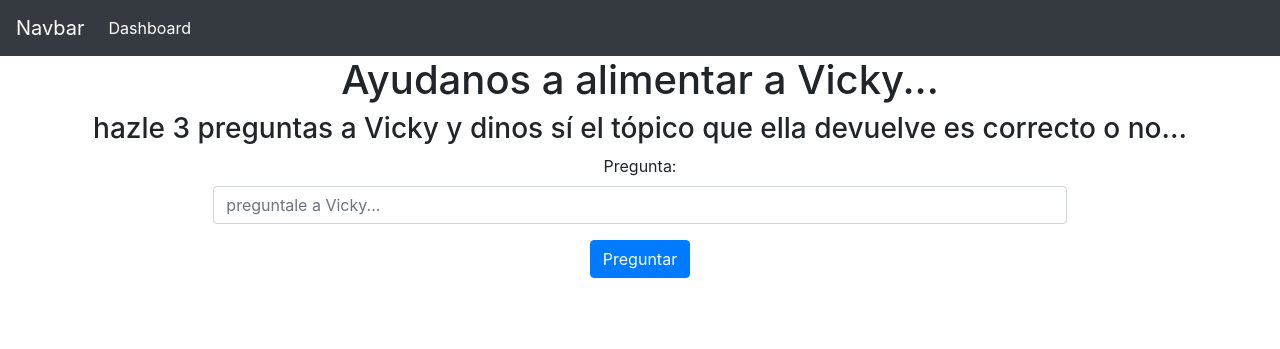
Repository: Crixtiancub/feedback_Vicky
Page: http://localhost/
An editor plug-in stored every save of this project. The page is shown before and after the next save, followed by the edit.
The browser window is 1280 px wide. The pictures show the whole page.
The page is served by the project's application, run on Django 3.2 (manage.py). Other server files are loaded and not shown.

Above is the page before, as saved 2021-04-29 11:34:31.

### vicky/templates/dashboard.html
{% extends 'main.html' %}

{% block content %}

<center>
    <h1>Ayudanos a alimentar a Vicky...</h1>

    <h3>hazle {{ visitas.num_visits }} {%if visitas.num_visits == 1%} pregunta{% else %}
        preguntas{% endif %}  a Vicky y dinos sí el tópico que ella
        devuelve es correcto o no...</h3>

    <form action="{% url 'home' %}">
        {% csrf_token%}

        <div class="form-group">
            <label for="txt_pregunta_Vicky">Pregunta:</label><br>

            <input type="text" id="txt_pregunta_Vicky"
            name="pregunta_Vicky" class="col-sm-8 form-control"
            placeholder="preguntale a Vicky...">
        </div>

        <input type="submit" class="btn btn-primary" value="Preguntar">
    </form>

    {% if not visitas.respuesta %}

        <h3>Respuesta Vicky: {{ visitas.respuesta }}</h3>

    {% endif %}

</center>

{% endblock %}

### vicky/templates/main.html
<!DOCTYPE html>
 <!-- Latest compiled and minified CSS -->
 <link rel="stylesheet" href="https://maxcdn.bootstrapcdn.com/bootstrap/4.5.2/css/bootstrap.min.css">

 <!-- jQuery library -->
 <script src="https://ajax.googleapis.com/ajax/libs/jquery/3.5.1/jquery.min.js"></script>

 <!-- Popper JS -->
 <script src="https://cdnjs.cloudflare.com/ajax/libs/popper.js/1.16.0/umd/popper.min.js"></script>

 <!-- Latest compiled JavaScript -->
 <script src="https://maxcdn.bootstrapcdn.com/bootstrap/4.5.2/js/bootstrap.min.js"></script>

<html>
    <head>
        <title>
            Prueba1
        </title>
    </head>
    <body>
        {% include 'navbar.html' %}

        {% block content %}

        {% endblock %}
    </body>
</html>

### vicky/templates/navbar.html
 <nav class="navbar navbar-expand-lg navbar-dark bg-dark">
    <a class="navbar-brand" href="#">Navbar</a>
    <button class="navbar-toggler" type="button" data-toggle="collapse" data-target="#navbarSupportedContent" aria-controls="navbarSupportedContent" aria-expanded="false" aria-label="Toggle navigation">
      <span class="navbar-toggler-icon"></span>
    </button>

    <div class="collapse navbar-collapse" id="navbarSupportedContent">
      <ul class="navbar-nav mr-auto">
        <li class="nav-item active">
          <a class="nav-link" href="{% url 'home' %}">Dashboard</a>
        </li>
        <!-- <li class="nav-item dropdown">
          <a class="nav-link dropdown-toggle" href="#" id="navbarDropdown" role="button" data-toggle="dropdown" aria-haspopup="true" aria-expanded="false">
            Dropdown
          </a>
          <div class="dropdown-menu" aria-labelledby="navbarDropdown">
            <a class="dropdown-item" href="#">Action</a>
            <a class="dropdown-item" href="#">Another action</a>
            <div class="dropdown-divider"></div>
            <a class="dropdown-item" href="#">Something else here</a>
          </div>
        </li>
        <li class="nav-item">
          <a class="nav-link disabled" href="#">Disabled</a>
        </li>
      </ul>
      <form class="form-inline my-2 my-lg-0">
        <input class="form-control mr-sm-2" type="search" placeholder="Search" aria-label="Search">
        <button class="btn btn-outline-success my-2 my-sm-0" type="submit">Search</button>
      </form> -->
    </div>
  </nav>

### vicky/views.py
from django.shortcuts import render, redirect


from vicky import templates
# Create your views here.

def home(request):

    num_visits = request.session.get('num_visits', 3)

    if num_visits == 0:
        request.session['num_visits'] = 3
        return redirect(noVisitas)
    else:
        request.session['num_visits'] = num_visits - 1


    contexto = {
        'num_visits': num_visits,
        'respuesta' : "Esta es una respuesta de Vicky..."
    }

    return render(request, 'dashboard.html' , {'visitas':contexto})

def noVisitas(request):
    return render(request, 'noVisitas.html')

### prueba_Vicky/urls.py
"""prueba_Vicky URL Configuration

The `urlpatterns` list routes URLs to views. For more information please see:
    https://docs.djangoproject.com/en/3.2/topics/http/urls/
Examples:
Function views
    1. Add an import:  from my_app import views
    2. Add a URL to urlpatterns:  path('', views.home, name='home')
Class-based views
    1. Add an import:  from other_app.views import Home
    2. Add a URL to urlpatterns:  path('', Home.as_view(), name='home')
Including another URLconf
    1. Import the include() function: from django.urls import include, path
    2. Add a URL to urlpatterns:  path('blog/', include('blog.urls'))
"""
from django.contrib import admin
from django.urls import path, include

urlpatterns = [
    path('admin/', admin.site.urls),
    path('', include('vicky.urls'))
]

### vicky/urls.py
from django.urls import path
from . import views
from django.conf.urls import url


# Direccionamiento de las paginas
urlpatterns = [
    path(r'', views.home, name="home"),
    path(r'noVisitas/', views.noVisitas, name="noVisitas")
]

After the next save:
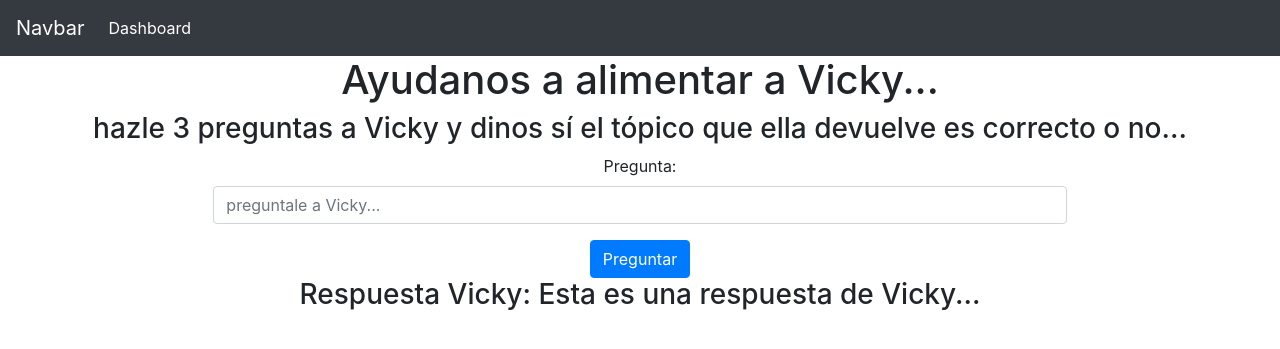
Saved 44 s later.
--- a/vicky/templates/dashboard.html
+++ b/vicky/templates/dashboard.html
@@ -23,7 +23,7 @@
         <input type="submit" class="btn btn-primary" value="Preguntar">
     </form>
 
-    {% if not visitas.respuesta %}
+    {% if visitas.respuesta %}
 
         <h3>Respuesta Vicky: {{ visitas.respuesta }}</h3>
 

After the save that followed:
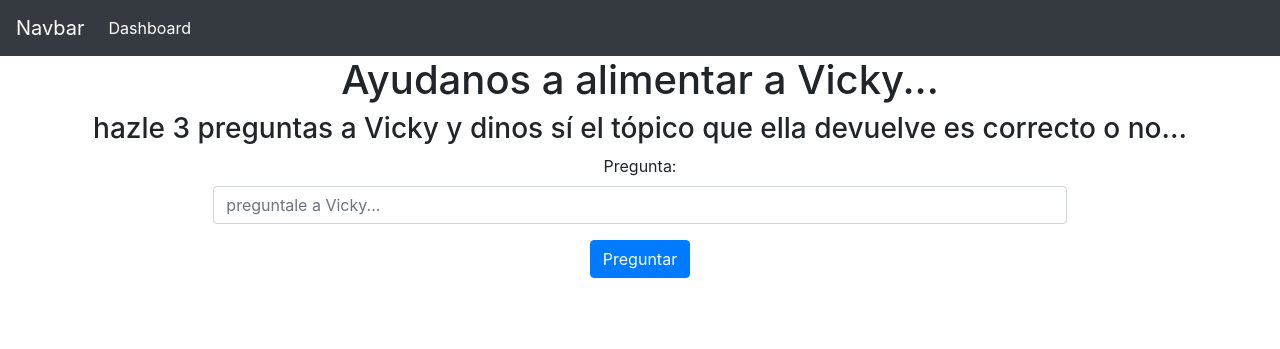
Saved 77 s later.
--- a/vicky/templates/dashboard.html
+++ b/vicky/templates/dashboard.html
@@ -23,10 +23,12 @@
         <input type="submit" class="btn btn-primary" value="Preguntar">
     </form>
 
-    {% if visitas.respuesta %}
+    {% if visitas.num_visits < 3%}
+        {% if visitas.respuesta %}
 
-        <h3>Respuesta Vicky: {{ visitas.respuesta }}</h3>
+            <h3>Respuesta Vicky: {{ visitas.respuesta }}</h3>
 
+        {% endif %}
     {% endif %}
 
 </center>
